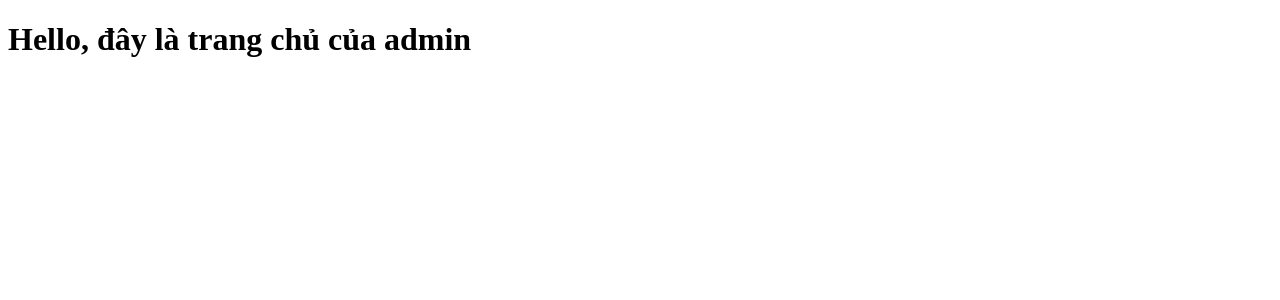
Repository: TuanThanhIT/LapTrinhWeb_BaiTapTuan5
Page: http://localhost/HelloWorld/admin/home
An editor plug-in stored every save of this project. The page is shown before and after the next save, followed by the edit.
The browser window is 1280 px wide. The pictures show the whole page.
The page is served by Tomcat 10.

Above is the page before, as saved 2024-09-16 17:41:11.

After the next save:
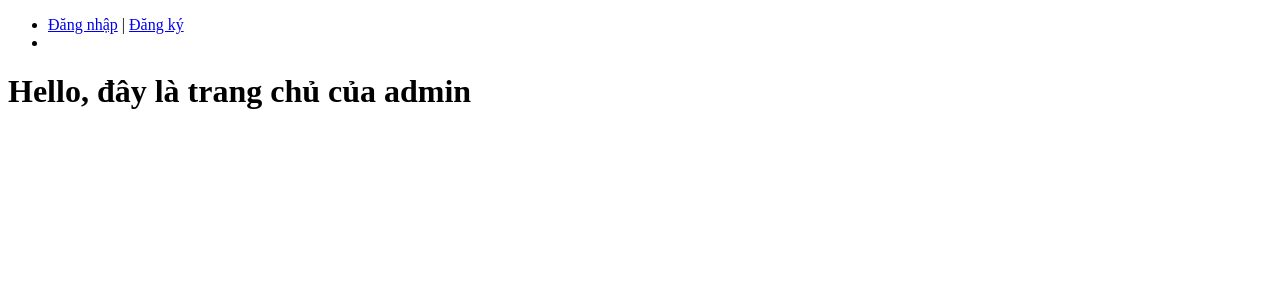
Saved 38 s later.
--- a/HelloWorld/src/main/webapp/views/admin/home.jsp
+++ b/HelloWorld/src/main/webapp/views/admin/home.jsp
@@ -10,6 +10,27 @@
 <title>Insert title here</title>
 </head>
 <body>
+	<c:choose>
+		<c:when test="${sessionScope.account == null}">
+			<div class="col-sm-6">
+				<ul class="list-inline right-topbar pull-right">
+					<li><a href="${pageContext.request.contextPath }/login">Đăng nhập</a> | <a href="${pageContext.request.contextPath }/register">Đăng ký</a></li>
+					<li><i class="search fa fa-search search-button"></i></li>
+				</ul>
+			</div>
+		</c:when>
+		<c:otherwise>
+			<div class="col-sm-6">
+				<ul class="list-inline right-topbar pull-right">
+					<li><a
+						href="${pageContext.request.contextPath}/member/myaccount">${sessionScope.account.fullName}</a>|
+						<a href="${pageContext.request.contextPath }/logout">Đăng Xuất</a></li>
+					<li><i class="search fa fa-search search-button"></i></li>
+				</ul>
+			</div>
+		</c:otherwise>
+	</c:choose>
+
 	<h1>Hello, đây là trang chủ của admin</h1>
 </body>
 </html>

After the save that followed:
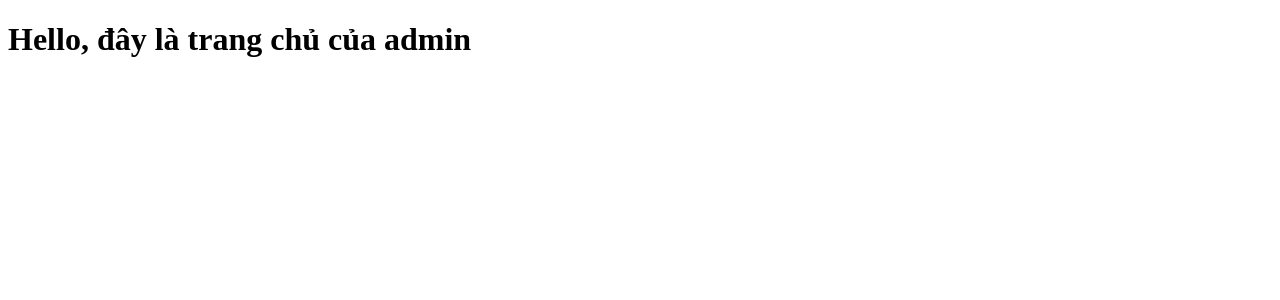
Saved 20 s later.
--- a/HelloWorld/src/main/webapp/views/admin/home.jsp
+++ b/HelloWorld/src/main/webapp/views/admin/home.jsp
@@ -10,26 +10,7 @@
 <title>Insert title here</title>
 </head>
 <body>
-	<c:choose>
-		<c:when test="${sessionScope.account == null}">
-			<div class="col-sm-6">
-				<ul class="list-inline right-topbar pull-right">
-					<li><a href="${pageContext.request.contextPath }/login">Đăng nhập</a> | <a href="${pageContext.request.contextPath }/register">Đăng ký</a></li>
-					<li><i class="search fa fa-search search-button"></i></li>
-				</ul>
-			</div>
-		</c:when>
-		<c:otherwise>
-			<div class="col-sm-6">
-				<ul class="list-inline right-topbar pull-right">
-					<li><a
-						href="${pageContext.request.contextPath}/member/myaccount">${sessionScope.account.fullName}</a>|
-						<a href="${pageContext.request.contextPath }/logout">Đăng Xuất</a></li>
-					<li><i class="search fa fa-search search-button"></i></li>
-				</ul>
-			</div>
-		</c:otherwise>
-	</c:choose>
+
 
 	<h1>Hello, đây là trang chủ của admin</h1>
 </body>
